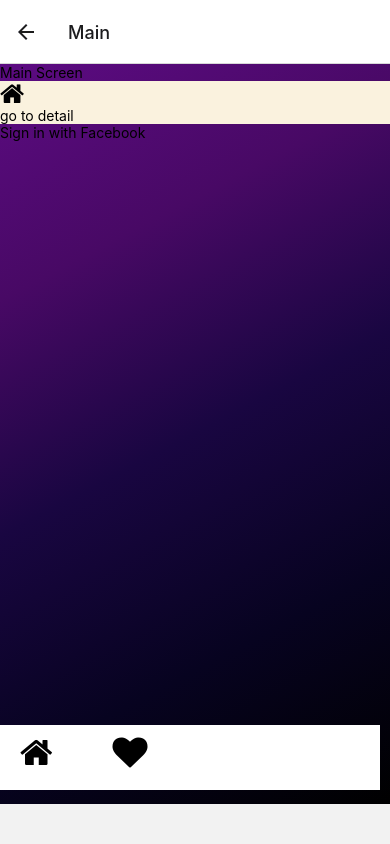
Repository: eyebone/barManager
Screen: /Main
These files come from the project's save history. The screen is drawn as it stood at one moment and after the next save; the edit follows.
The app was drawn by React Native's web renderer in a window 390 px wide. The project was rebuilt for these pictures with package versions that can differ from the ones it lists, and the page was loaded fresh each time. Some packages were replaced by stand-ins written for this rebuild. Also part of the build but not shown: components/EmojiPicker.js, components/Button.js, components/ImageViewer.js, components/circleButton.js, components/IconButton.js, view/ViewOne.js, view/Sign.js.

Above is the screen before, as saved 2023-06-26 17:17:42.

### App.js
// In App.js in a new project

import * as React from "react";
import { Button, View, Text, StyleSheet, Pressable, Alert } from "react-native";
// import React-native from 'react-native';
import { NavigationContainer } from "@react-navigation/native";
import { createNativeStackNavigator } from "@react-navigation/native-stack";
import { ViewOne } from "./view/ViewOne";
import { SignView } from "./view/Sign";
import { LinearGradient } from "expo-linear-gradient";
import FontAwesome from "react-native-vector-icons/FontAwesome";
import { MainView } from "./view/Main";

function HomeScreen({ navigation }) {
  return (
    <View style={styles.container}>
      <LinearGradient
        start={{ x: 0, y: 0 }}
        end={{ x: 1, y: 1 }}
        colors={["#5c0b82", "#480965", "#190641", "#070320", "#000000"]}
        style={styles.linearGradient}
      >
        <Text>Home Screen</Text>
        <Pressable
          style={(styles.button, { backgroundColor: "#faf2de" })}
          onPress={() => navigation.push("test")}
        >
          <FontAwesome name="home" size={26} style={{ paddingRight: 8 }} />
          <Text>go to detail</Text>
        </Pressable>

        <Button
          title="Go to Sign"
          onPress={() => navigation.navigate("sign")}
        />
        <Text style={styles.buttonText}>Sign in with Facebook</Text>
      </LinearGradient>
    </View>
  );
}

const Stack = createNativeStackNavigator();

function App() {
  return (
    <NavigationContainer style={styles.container}>
      <Stack.Navigator initialRouteName="Home">
        <Stack.Screen
          name="Home"
          component={HomeScreen}
          // options={{ title: "Overview", backgroundColor: "transparent" }}
          options={{ headerShown: false }}
        />
        <Stack.Screen name="test" component={ViewOne} />
        <Stack.Screen name="sign" component={SignView}
          options={{ headerShown: false }}
        />
        <Stack.Screen name="Main" component={MainView} />
      </Stack.Navigator>
    </NavigationContainer>
  );
}

export default App;

const styles = StyleSheet.create({
  container: {
    flex: 1,
    flexDirection: "column",
    backgroundColor: "#000000",
    //    alignItems: 'center',
  },
  linearGradient: {
    height: 740,
  },
  button: {
    borderRadius: 10,
    width: 300,
    height: 30,
    alignItems: "center",
    justifyContent: "center",
    flexDirection: "row",
  },
});

### view/Main.js
// 这是主界面

import { useState } from "react";
import { StatusBar } from "expo-status-bar";
import { StyleSheet, View } from "react-native";
import * as ImagePicker from "expo-image-picker";
import EmojiPicker from "../components/EmojiPicker";
import Button from "../components/Button";
import ImageViewer from "../components/ImageViewer";
import CircleButton from "../components/circleButton";
import IconButton from "../components/IconButton";
import { NavigationContainer } from "@react-navigation/native";
import { createNativeStackNavigator } from "@react-navigation/native-stack";
import { Text, Pressable } from "react-native";
import { NavigationBar } from "../components/NavigationBar";
import { LinearGradient } from "expo-linear-gradient";
import FontAwesome from "react-native-vector-icons/FontAwesome";

export function MainView({ navigation }) {
  return (
    <LinearGradient
      start={{ x: 0, y: 0 }}
      end={{ x: 1, y: 1 }}
      colors={["#5c0b82", "#480965", "#190641", "#070320", "#000000"]}
      style={styles.linearGradient}
    >
      <Text>Main Screen</Text>
      <Pressable
        style={(styles.button, { backgroundColor: "#faf2de" })}
        onPress={() => navigation.push("Home")}
      >
        <FontAwesome name="home" size={26} style={{ paddingRight: 8 }} />
        <Text>go to detail</Text>
      </Pressable>

      <Text style={styles.buttonText}>Sign in with Facebook</Text>
      <NavigationBar />
    </LinearGradient>
  );
}

const styles = StyleSheet.create({
  container: {
    flex: 1,
    flexDirection: "column",
    backgroundColor: "#000000",
    //    alignItems: 'center',
  },
  linearGradient: {
    height: 740,
  },
  button: {
    borderRadius: 10,
    width: 300,
    height: 30,
    alignItems: "center",
    justifyContent: "center",
    flexDirection: "row",
  },
});

### components/NavigationBar.js
//这是底部导航栏
import { StatusBar } from "expo-status-bar";
import { StyleSheet, View, Text } from "react-native";
import Button from "../components/Button";
import ImageViewer from "../components/ImageViewer";
import * as ImagePicker from "expo-image-picker";
import { useState } from "react";
const PlaceholderImage = require("../assets/images/background-image.png");
import * as React from "react";
import FontAwesome from "react-native-vector-icons/FontAwesome";
import {
  FlatList,
  Image,
  Platform,
  Pressable,
  PixelRatio,
  TextInput,
  Alert,
} from "react-native";
import { NavigationContainer } from "@react-navigation/native";
import { createNativeStackNavigator } from "@react-navigation/native-stack";
import { LinearGradient } from "expo-linear-gradient";

export function NavigationBar({navigation}) {
    return (
      <View style={styles.bar}>
        <Pressable style={{ marginLeft: 20, marginTop: 10 }}>
          <FontAwesome name="home" size={35}></FontAwesome>
        </Pressable>
        <Pressable>
          <FontAwesome
            name="heart"
            size={35}
            style={{ marginLeft: 60, marginTop: 10 }}
          ></FontAwesome>
        </Pressable>

      </View>
    );
}

const styles = StyleSheet.create({
    bar:{
        width: 380,
        height: 65,
        backgroundColor: "#fff",
        marginTop: 584,
        flexDirection: "row"
    },
})

After the next save:
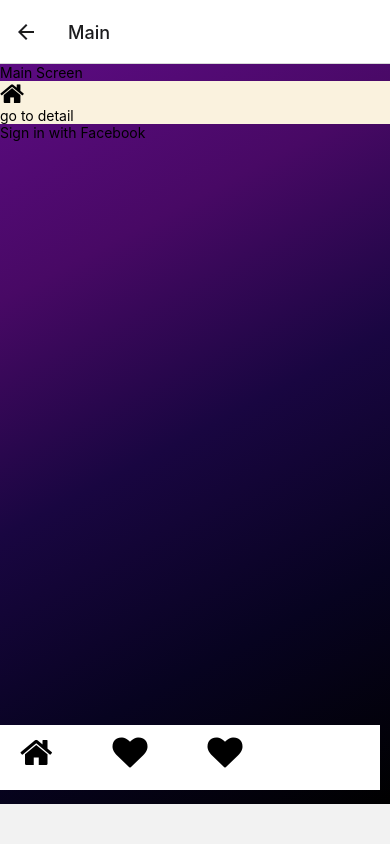
Saved 6 s later.
--- a/components/NavigationBar.js
+++ b/components/NavigationBar.js
@@ -34,7 +34,13 @@ export function NavigationBar({navigation}) {
             style={{ marginLeft: 60, marginTop: 10 }}
           ></FontAwesome>
         </Pressable>
-
+        <Pressable>
+          <FontAwesome
+            name="heart"
+            size={35}
+            style={{ marginLeft: 60, marginTop: 10 }}
+          ></FontAwesome>
+        </Pressable>
       </View>
     );
 }
